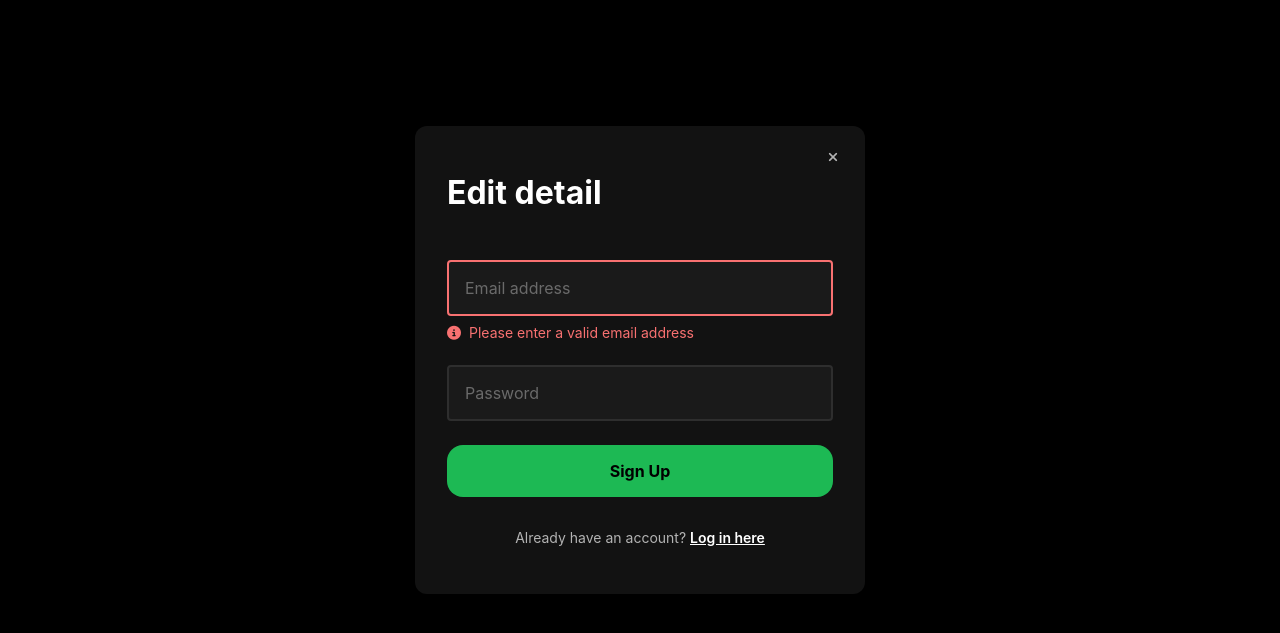
Repository: lannguyen1301/f8-zoom-module2
Page: nhap.html
An editor plug-in stored every save of this project. The page is shown before and after the next save, followed by the edit.
The browser window is 1280 px wide. The pictures show the whole page.

Above is the page before, as saved 2025-08-15 22:25:14.

After the next save:
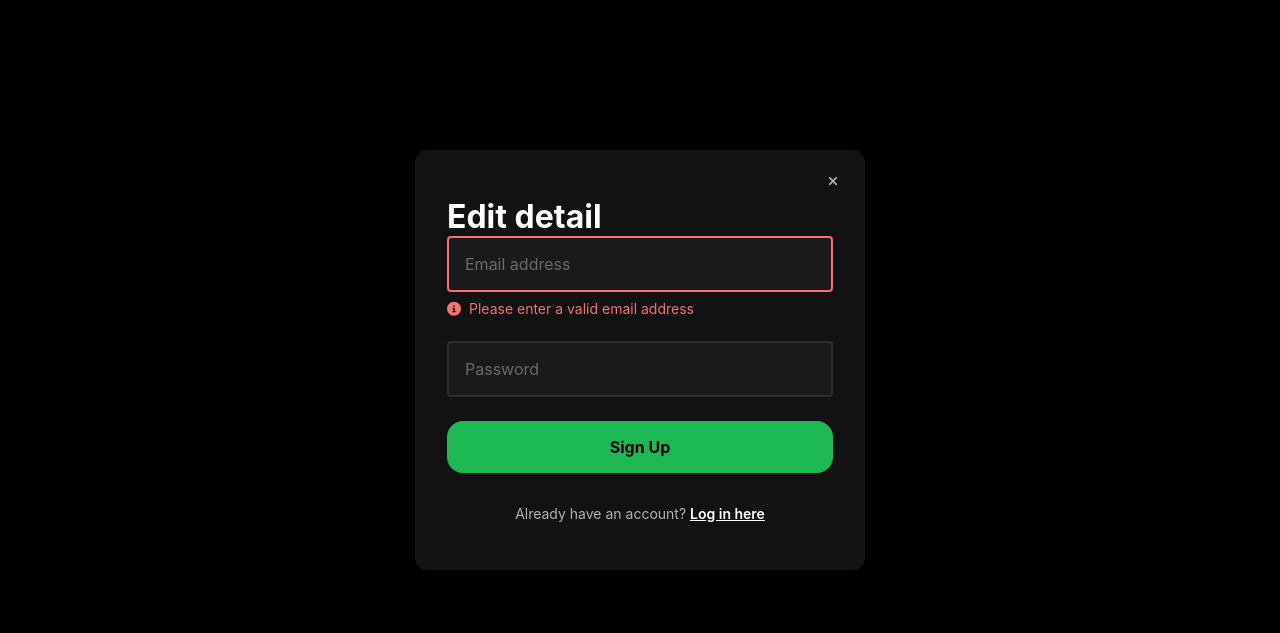
Saved 36 s later.
--- a/nhap.html
+++ b/nhap.html
@@ -18,6 +18,10 @@
             display: flex;
             align-items: center;
             justify-content: space-between;
+        }
+
+        .modal-heading.header-edit-title {
+            margin-bottom: 0;
         }
     </style>
 </head>

After the save that followed:
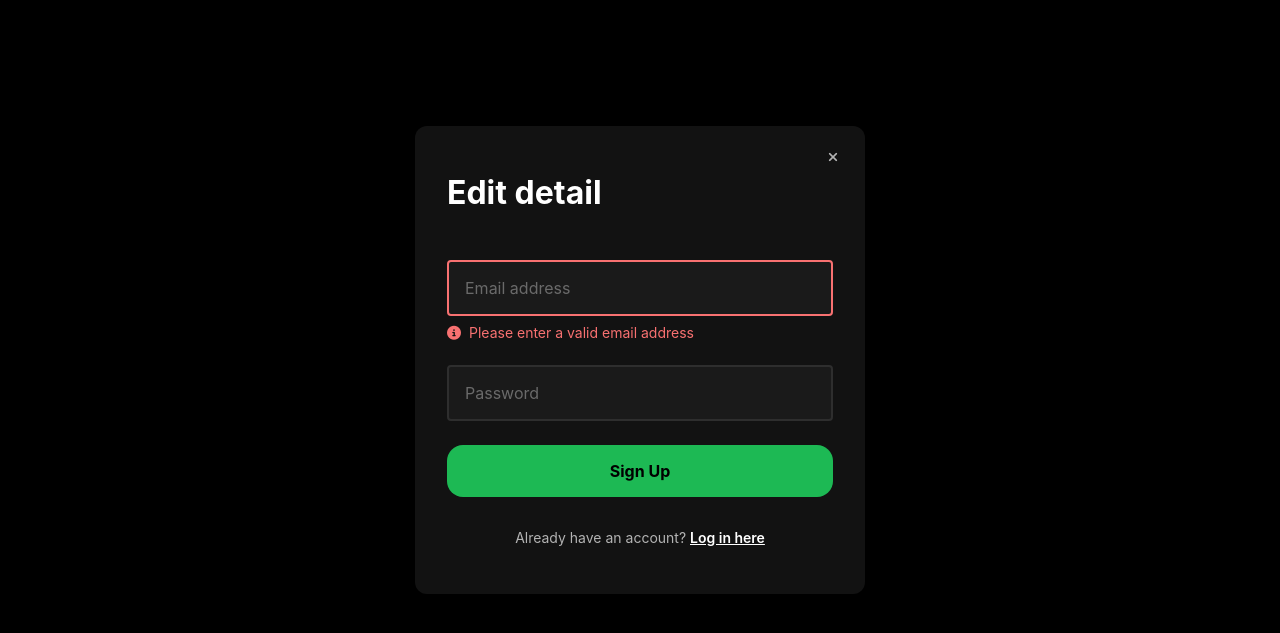
Saved 30 s later.
--- a/nhap.html
+++ b/nhap.html
@@ -21,7 +21,7 @@
         }
 
         .modal-heading.header-edit-title {
-            margin-bottom: 0;
+            /* margin-bottom: 0; */
         }
     </style>
 </head>
